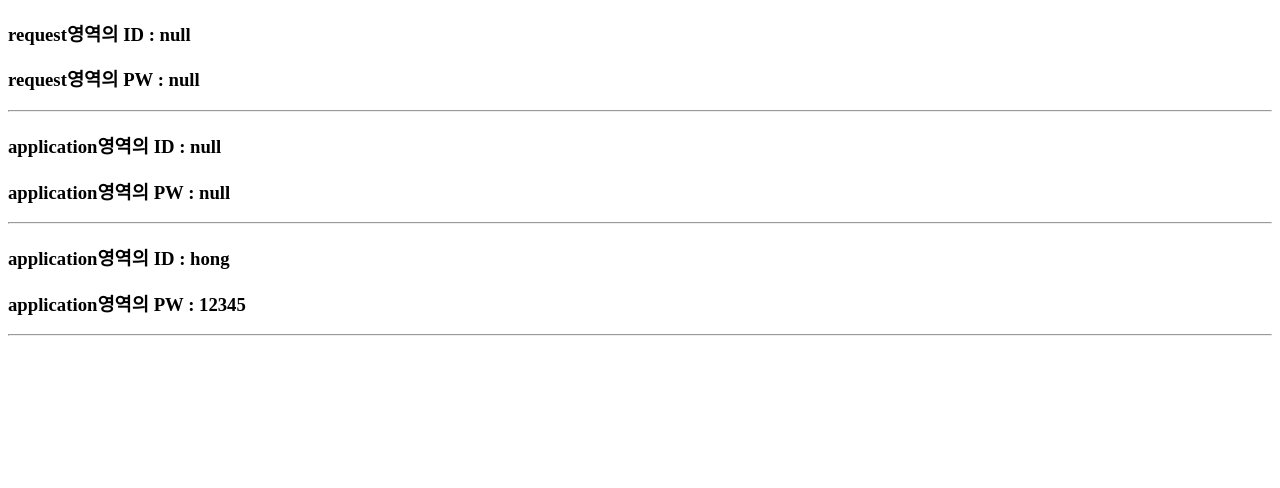
Repository: yeobleeme/06_jsp_basic
Page: http://localhost/jsp01_basic/jsp04_object/jsp05_scope.jsp
The author's editor kept a copy of each file at every save. The page is drawn from the files as they stood at one save, then again after the next save.
The browser window is 1280 px wide. The pictures show the whole page.
The page is served by Tomcat 9. Other server files are loaded and not shown.

Above is the page before, as saved 2023-05-11 02:50:32.

### jsp01_basic/WebContent/jsp04_object/jsp05_scope.jsp
<%@page language="java" contentType="text/html; charset=UTF-8" pageEncoding="UTF-8"%>
<!DOCTYPE html>
<!--
	A. JSP의 영역: scope

	  1. page
	    하나의 jsp페이지마다 사용되는 영역이다. page영역은 한 번의 클라이언트 요청에 대해서
	    하나의 jsp페이지를 메모리 영역으로 한다. 웹브라우저의 요청이 들어오면 jsp페이지를
	    실행하는데, 이 때 jsp페이지를 실행하는 범위가 page영역이다.
	    이 영역은 pageContext객체의 영역이다.

	  2. request
	    하나의 http요청을 처리할 때 사용되는 영역이다. request영역은 웹브라우저의 요청과
	    관련이 있다. 웹브라우저의 주소창에 url을 입력하거나 링크를 클릭해서 페이지를 이동할 때
	    웹브라우저가 웹서버에 전송하는 요청이 하나의 request영역이다.

	    이 영역은 웹브라우저가 요청할 때 마다 새로운 request영역이 생성된다. page영역은 jsp한 개의
	    페이지 영역만 포함되는데에 비해 request영역은 하나의 요청을 처리하는데 사용되는 모든
	    jsp페이지를 포함한다. 이 영역은 request객체의 영역이다.

	  3. session
	    하나의 웹브라우저와 관련된 영역으로서 session영역은 웹브라우저와 관련된 영역이다.
	    session이 생성되면 하나의 웹브라우저와 관련된 모든 요청은 하나의 session영역에 포함되며
	    이 영역은 session객체의 영역이다.

	  4. application
	    하나의 웹애플리케이션과 관련된 영역으로 application영역은 웹애플리케이션과 관련된
	    전체 영역을 의미하고 application객체가 사용하는 영역이다.

	B. JSP기본객체의 속성: attribute

	  네 개의 기본객체는 각각의 속성을 갖는데 각 기본객체가 존재하는 동안 기본객체의 속성을
	  사용할 수 있다. jsp기본객체 속성은 jsp 사이에서 정보를 교환하거나 공유하기 위한 목적으로
	  사용한다. 속성은 key와 value의 한 쌍의 형태를 갖는데 네 개의 기본객체는 서로 다른 이름을
	  갖는 속성을 여러개 저장할 수 있다.

	  JSP기본객체의 속성 관련 메서드

	  a. setAttribute(String name, Object value) : 각각의 영역에 해당하는 속성과 값을 지정
	  b. getAttribute(String name) : 각각의 영역에 저장되어 있는 속성을 이용해 값을 읽기, 없으면 null을 리턴
	  c. removeAttribute(String name) : 각각의 영역에 저장되어 있는 속성을 삭제
	  d. getAttributeNames() : 각 영역의 모든 속성 목록을 Enumeration타입으로 리턴 (pageContext객체는 제외)
-->
<html>
<head>
<meta charset="UTF-8">
<title>Insert title here</title>
</head>
<body>
	<%
		request.setCharacterEncoding("utf-8");
		String id = request.getParameter("id");
		String pw = request.getParameter("pw");

		out.print("<h3> request영역의 ID : " + id + "</h3>");
		out.print("<h3> request영역의 PW : " + pw + "</h3>");
		out.print("<hr>");

		request.setAttribute("id", "scott");
		request.setAttribute("pw", "TIGER");

		out.print("<h3> application영역의 ID : " + application.getAttribute("id") + "</h3>");
		out.print("<h3> application영역의 PW : " + application.getAttribute("pw") + "</h3>");
		out.print("<hr>");

		application.setAttribute("id", "hong");
		application.setAttribute("pw", "12345");

		out.print("<h3> application영역의 ID : " + application.getAttribute("id") + "</h3>");
		out.print("<h3> application영역의 PW : " + application.getAttribute("pw") + "</h3>");
		out.print("<hr>");
	%>
</body>
</html>

After the next save:
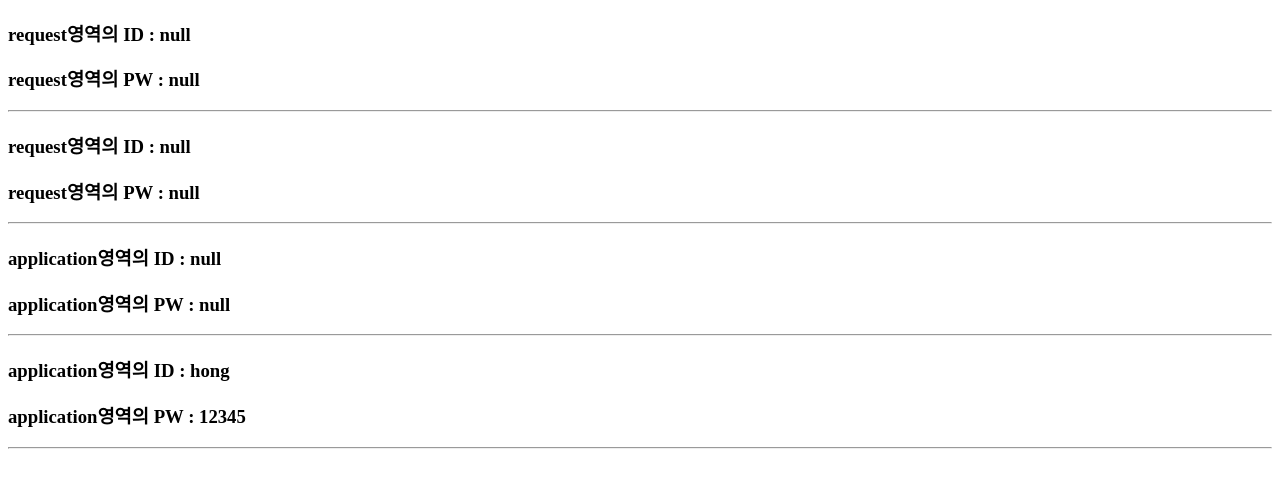
Saved 9 s later.
--- a/jsp01_basic/WebContent/jsp04_object/jsp05_scope.jsp
+++ b/jsp01_basic/WebContent/jsp04_object/jsp05_scope.jsp
@@ -58,6 +58,9 @@
 
 		request.setAttribute("id", "scott");
 		request.setAttribute("pw", "TIGER");
+		out.print("<h3> request영역의 ID : " + id + "</h3>");
+		out.print("<h3> request영역의 PW : " + pw + "</h3>");
+		out.print("<hr>");
 
 		out.print("<h3> application영역의 ID : " + application.getAttribute("id") + "</h3>");
 		out.print("<h3> application영역의 PW : " + application.getAttribute("pw") + "</h3>");
